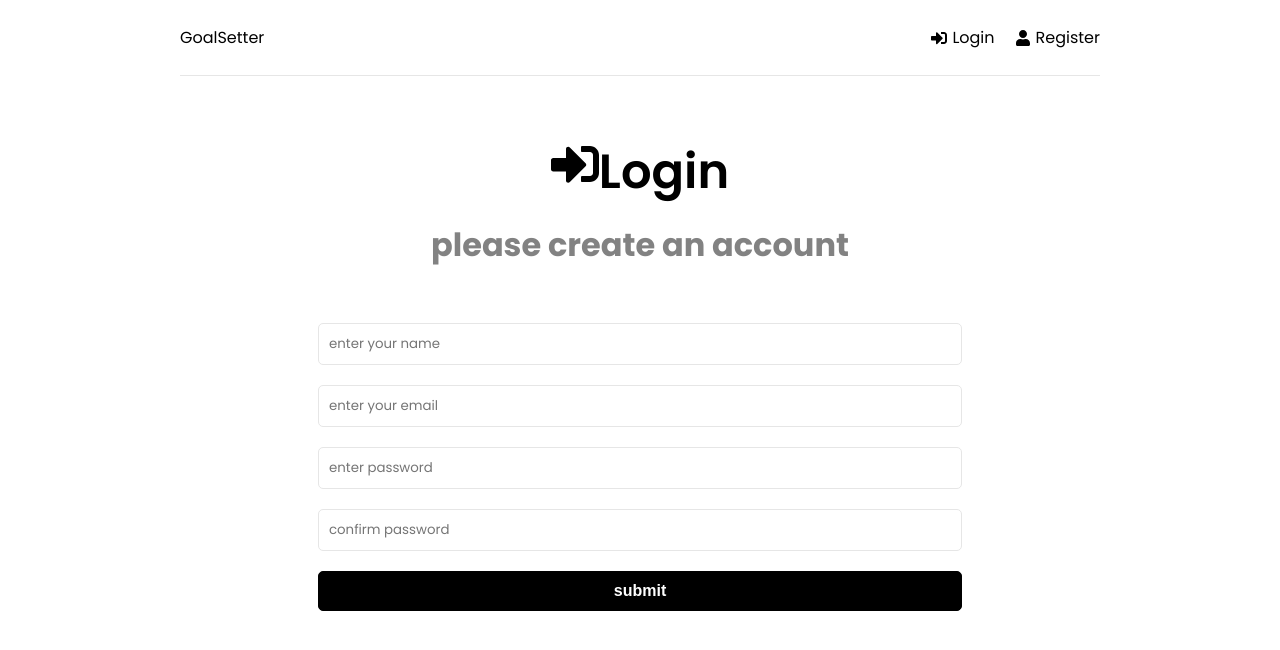
Repository: Shanshan67/React_Node_mongodb
Page: /login (app in frontend/)
These files come from the project's save history. The page is drawn as it stood at one moment and after a run of saves; the edit follows.
The browser window is 1280 px wide. The pictures show the whole page.
The project was rebuilt for these pictures with package versions that can differ from the ones it lists, and the page was loaded fresh each time. Also part of the build but not shown: frontend/src/pages/Dashboard.jsx, frontend/src/pages/Register.jsx.

Above is the page before, as saved 2023-01-25 23:28:57.

### frontend/src/App.js
import {BrowserRouter as Router, Routes, Route} from 'react-router-dom'
import Header from './components/Header';
import Dashboard from './pages/Dashboard';
import Login from './pages/Login';
import Register from './pages/Register';

function App() {
  return (
    <>
      <Router>
        <div className='container'>
          <Header/>
          <Routes>
            <Route path='/' element={<Dashboard/>}/>
            <Route path='login' element={<Login/>}/>
            <Route path='/register' element={<Register/>}/>
          </Routes>
        </div>
      </Router>
    </>
  );
}

export default App;

### frontend/src/components/Header.jsx
import {FaSignInAlt, FaSignOutAlt, FaUser} from 'react-icons/fa'
import {Link} from 'react-router-dom'

function Header() {
    return (
        <header className='header'>
            <div className="logo">
                <Link to='/'>GoalSetter</Link>
            </div>
            <ul>
                <li>
                    <Link to='/login'>
                        <FaSignInAlt />Login
                    </Link>
                </li>
                <li>
                    <Link to='/register'>
                        <FaUser />Register
                    </Link>
                </li>
            </ul>
        </header>
    )
}

export default Header

### frontend/src/pages/Login.jsx
import {useState, useEffect} from 'react'
import {FaSignInAlt} from 'react-icons/fa'

function Login() {
  const [formData, setFormData] = useState({
    name:'',
    email:'',
    password:'',
  })
  const {name,email,password,password2} = formData

  const onChange = (e) => {
    setFormData(prevState => ({
      ...prevState,
      [e.target.name]:e.target.value,
    }))
  }

  const onSubmit = (e) => {
    e.preventDefault()
  }

  return (
    <div>
      <section className="heading">
        <h1>
          <FaSignInAlt/>Login
        </h1>
        <p>please create an account</p>
      </section>
      <section className='form'>
        <form onSubmit={onSubmit}>
          <div className="form-group">
            <input type="text"
            className='form-control'
            id='name'
            name='name'
            value={name}
            placeholder="enter your name"
            onChange={onChange} />
          </div>
          <div className="form-group">
            <input type="email"
            className='form-control'
            id='email'
            name='email'
            value={email}
            placeholder="enter your email"
            onChange={onChange} />
          </div>
          <div className="form-group">
            <input type="password"
            className='form-control'
            id='password'
            name='password'
            value={password}
            placeholder="enter password"
            onChange={onChange} />
          </div>
          <div className="form-group">
            <input type="password"
            className='form-control'
            id='password2'
            name='password2'
            value={password2}
            placeholder="confirm password"
            onChange={onChange} />
          </div>
          <div className="form-group">
            <button type='submit' className='btn btn-block'>submit</button>
          </div>
        </form>
      </section>
    </div>
  )
}

export default Login

Loaded but not shown: frontend/public/index.html (common file); frontend/src/index.js (common file); frontend/src/app/store.js (common file); frontend/src/reportWebVitals.js (common file); frontend/src/index.css (common file)

After the next 2 saves:
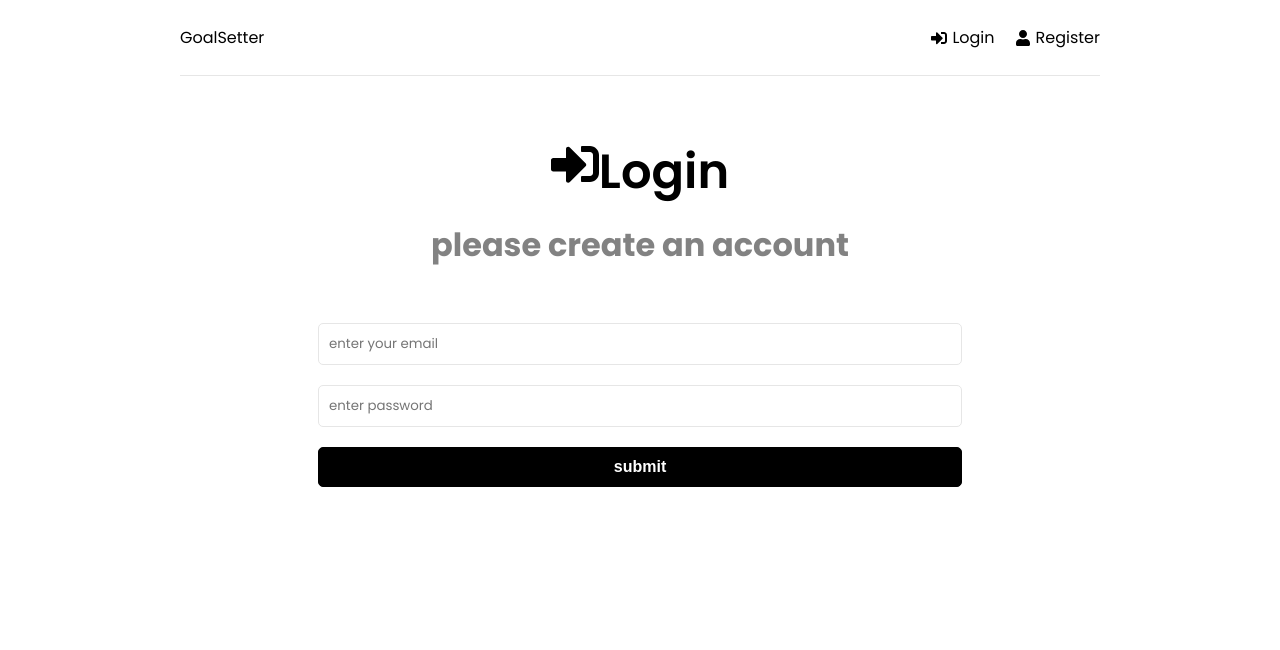
The 2 saves are shown as one change because 1 did not build or start.
The last was saved 48 s later.
--- a/frontend/src/pages/Login.jsx
+++ b/frontend/src/pages/Login.jsx
@@ -3,11 +3,10 @@ import {FaSignInAlt} from 'react-icons/fa'
 
 function Login() {
   const [formData, setFormData] = useState({
-    name:'',
     email:'',
     password:'',
   })
-  const {name,email,password,password2} = formData
+  const {email,password} = formData
 
   const onChange = (e) => {
     setFormData(prevState => ({
@@ -31,15 +30,6 @@ function Login() {
       <section className='form'>
         <form onSubmit={onSubmit}>
           <div className="form-group">
-            <input type="text"
-            className='form-control'
-            id='name'
-            name='name'
-            value={name}
-            placeholder="enter your name"
-            onChange={onChange} />
-          </div>
-          <div className="form-group">
             <input type="email"
             className='form-control'
             id='email'
@@ -58,15 +48,6 @@ function Login() {
             onChange={onChange} />
           </div>
           <div className="form-group">
-            <input type="password"
-            className='form-control'
-            id='password2'
-            name='password2'
-            value={password2}
-            placeholder="confirm password"
-            onChange={onChange} />
-          </div>
-          <div className="form-group">
             <button type='submit' className='btn btn-block'>submit</button>
           </div>
         </form>
